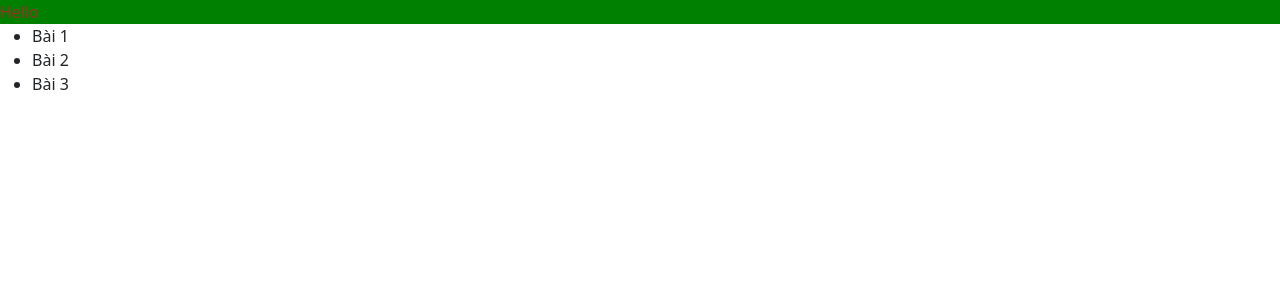
Repository: HuynhDuc23/learn__javascript__basic
Page: lab19/dom.html
These files come from the project's save history. The page is drawn as it stood at one moment and after a run of saves; the edit follows.
The browser window is 1280 px wide. The pictures show the whole page.

Above is the page before, as saved 2024-01-10 09:42:38.

After the next 2 saves:
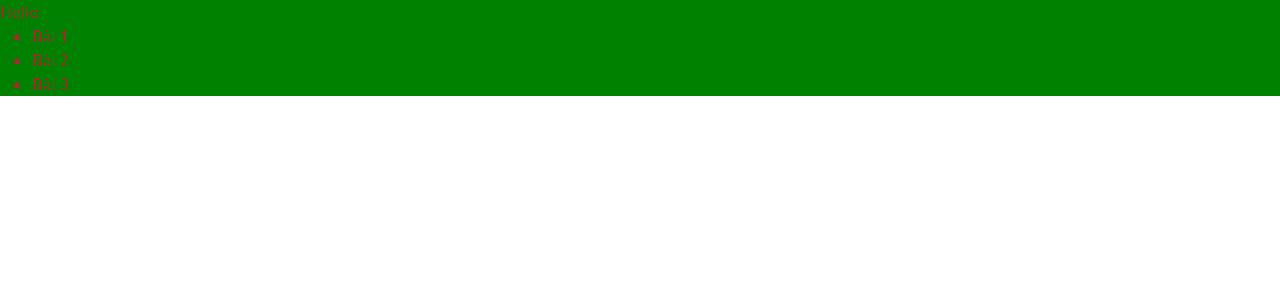
The 2 saves are shown as one change because they came seconds apart.
The last was saved 46 s later.
--- a/lab19/dom.html
+++ b/lab19/dom.html
@@ -26,6 +26,7 @@
        box.classList.add("dark");
 
        const _ul =  document.getElementById("_ul");
+       _ul.classList.add("dark");
        console.log(_ul);
     </script>
        <script src="https://cdn.jsdelivr.net/npm/bootstrap@5.3.2/dist/js/bootstrap.bundle.min.js" integrity="sha384-C6RzsynM9kWDrMNeT87bh95OGNyZPhcTNXj1NW7RuBCsyN/o0jlpcV8Qyq46cDfL" crossorigin="anonymous"></script>
